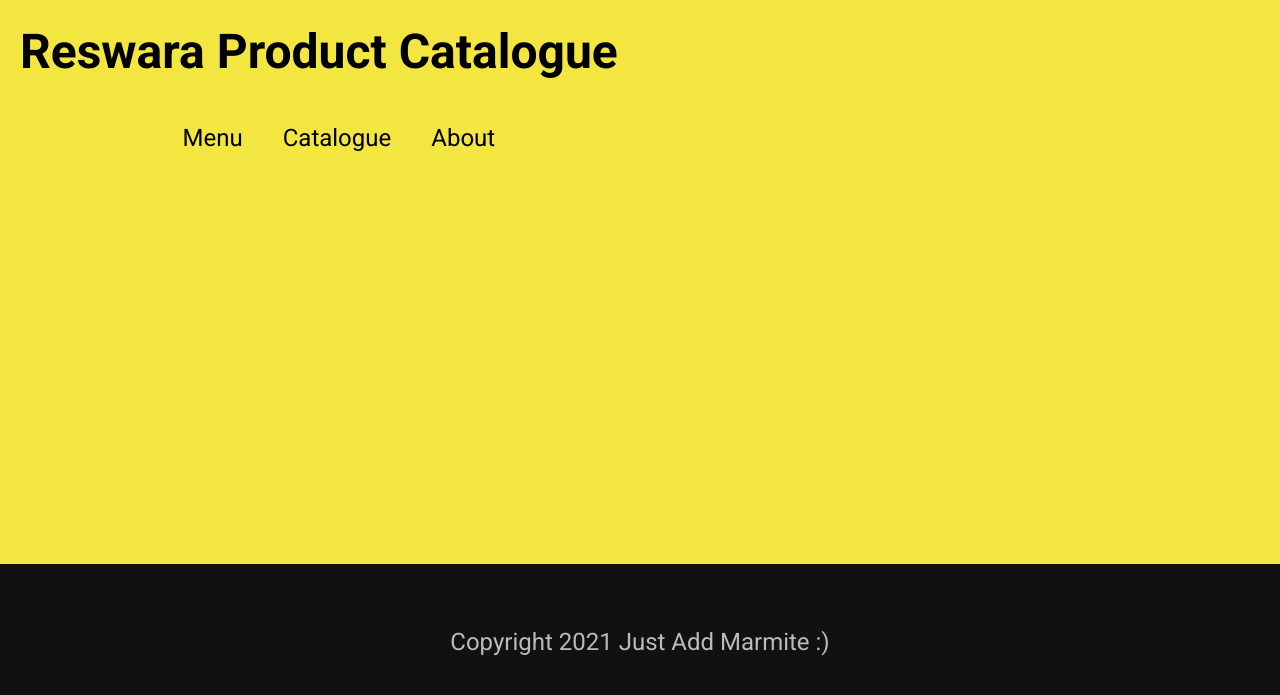
Repository: Fauzaanmhmd/Skripsi
Page: /about
The author's editor kept a copy of each file at every save. The page is drawn from the files as they stood at one save, then again after the next save.
The browser window is 1280 px wide. The pictures show the whole page.
The project was rebuilt for these pictures with package versions that can differ from the ones it lists, and the page was loaded fresh each time. The framework's server and built-in components were replaced by stand-ins that run in the browser. Also part of the build but not shown: next.config.js.

Above is the page before, as saved 2021-05-24 20:47:27.

### pages/about/index.js
import Layout from "../../components/Layout"

export default function About({ recipes }) {
    return (
        <Layout>
            Ini About
        </Layout>

    )
}

### styles/globals.css
@import url('https://fonts.googleapis.com/css2?family=Roboto:ital,wght@0,100;0,300;0,400;0,500;0,700;0,900;1,100;1,300;1,400;1,500;1,700;1,900&display=swap');

body {
  background: #F4E640;
  margin: 0;
  font-family: 'Roboto';
  font-size: 1.5em;
}
.layout {
  min-height: 100vh;
  display: flex;
  flex-direction: column;
}
header {
  text-align: center;
}
header a {
  text-decoration: none;
  color: black;
  text-transform: uppercase;
  display: inline-block;
}
header h1, header h2 {
  margin: 0;
}
header span {
  display: block;
  line-height: 1em;
}
header span:first-child {
  font-size: 1em;
  font-weight: 400;
}
header span:last-child {
  font-size: 1.5em;
  font-weight: 800;
}
header h2 {
  font-size: 1.2em;
  font-weight: 400;
}
footer {
  background: #111;
  color: #bbb;
  padding: 40px;
  text-align: center;
  margin-top: auto
}
.page-content {
  max-width: 1200px;
  margin: 20px auto 80px;
  padding: 0 20px;
  width: 100%;
  box-sizing: border-box;
}

.navbar {
  display: flex;
  justify-content: center;
  height: 200px;
  padding: 10px 20px;
  align-items: center;
  background-color: #F4E640;
  position: fixed;
  flex-direction: column;
}

ul{
  list-style-type: none;
  display: flex;
}

li {
  margin: 20px;
  cursor: pointer;
  border-bottom: 2px solid #F4E640;
}
li:hover {
background-color: transparent;
border-bottom: 2px solid black;
}
.navimg{
  position: absolute;
  left: 20px;
}

.zoom:hover {
  -ms-transform: scale(1.5); /* IE 9 */
  -webkit-transform: scale(1.5); /* Safari 3-8 */
  transform: scale(1.5);
  transition: transform .9s;
}

img {
  width: 550px;
  height: 380px;
  margin: 10px 30px 0px 30px;
  padding: 10px 20px 0px 20px;
  display: flex;
  justify-content: center;
  align-items: center;
  position: relative;
  cursor: pointer;
}

img:hover {
  -ms-transform: scale(1.1); /* IE 9 */
  -webkit-transform: scale(1.1); /* Safari 3-8 */
  transform: scale(1.1);
  transition: transform .9s;
}

.image {
  display: grid;
  grid-template-columns: repeat(2,minmax(0,1fr));
  grid-gap: .5rem;
  padding: 0 50px;
}

.button {
  cursor : pointer;
  margin: 0 30px;
  padding: 0 20px;
  width: 100px;
}

.button {
  cursor: pointer;
    margin-bottom: 30px;
    margin-top: 30px;
    margin-left: 0px;
    margin-right: 0px;
    padding-top: 10px;
    padding-bottom: 10px;
    border-top-width: 2px;
    border-bottom-width: 2px
}

.img-bg {
  display: flex;
  background-color: white;
  flex-direction: column;
  justify-content: center;
  align-items: center;
  width: 65%;
  height: 150px;
  margin: -50px 0px 40px 90px;
}

.zoom-dropdown:hover {
  -ms-transform: scale(1.5); /* IE 9 */
  -webkit-transform: scale(1.5); /* Safari 3-8 */
  transform: scale(1.5);
  transition: transform .9s;
}

### components/Layout.js
import Link from 'next/link'
import Navbar from './Navbar'

export default function Layout({ children }) {

  return (
    <div className="layout">
      <header>
        <Navbar />
      </header>

      <div className="page-content">
        {children}
      </div>



      <footer>
        <p>Copyright 2021 Just Add Marmite :)</p>
      </footer>
    </div >
  )
}

### components/Navbar.js
import Link from 'next/link'

const Navbar = props => {
    return (
        <div className="navbar">
            <h1 className="zoom">Reswara Product Catalogue</h1>
            <ul className="navbar_menu">
                <Link href="/">
                    <li className="zoom">Menu</li>
                </Link>
                <Link href="/catalogue">
                    <li className="zoom-dropdown">Catalogue</li>
                </Link>
                <Link href="/about">
                    <li className="zoom">About</li>
                </Link>
            </ul>
        </div>
    )
}

export default Navbar

Loaded but not shown: pages/_app.js (common file)

After the next save:
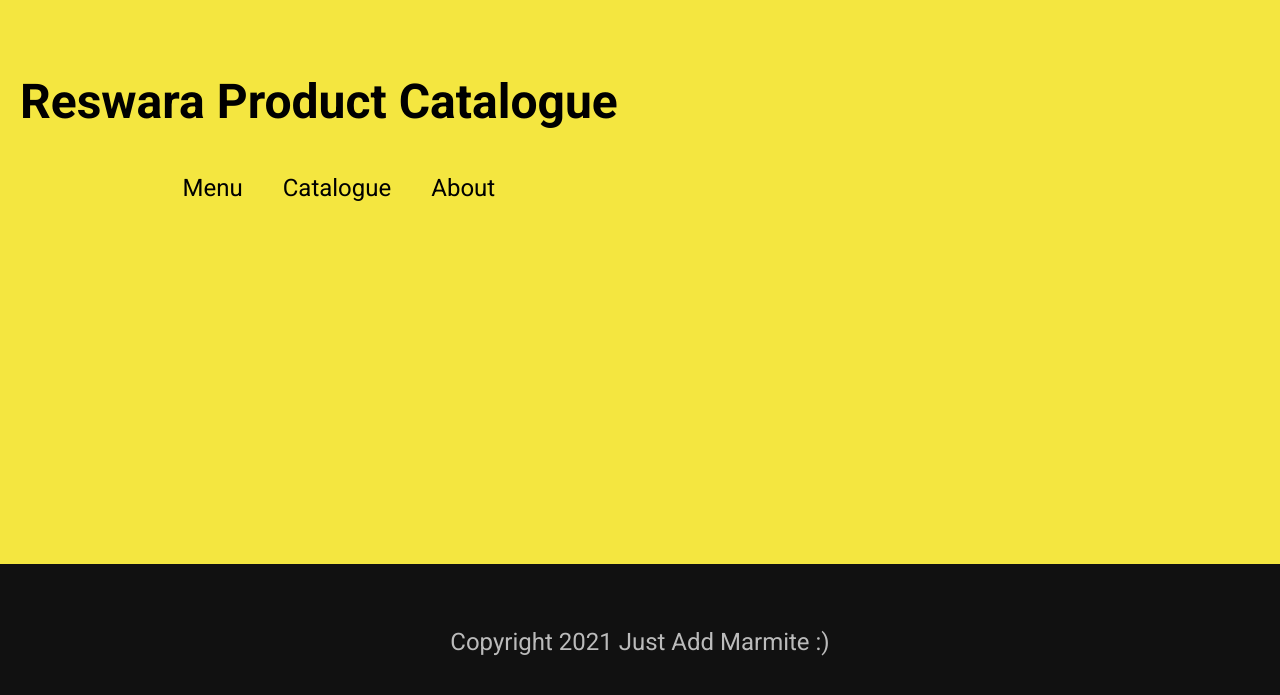
Saved 6 s later.
--- a/styles/globals.css
+++ b/styles/globals.css
@@ -57,7 +57,7 @@
 .navbar {
   display: flex;
   justify-content: center;
-  height: 200px;
+  height: 300px;
   padding: 10px 20px;
   align-items: center;
   background-color: #F4E640;

After the save that followed:
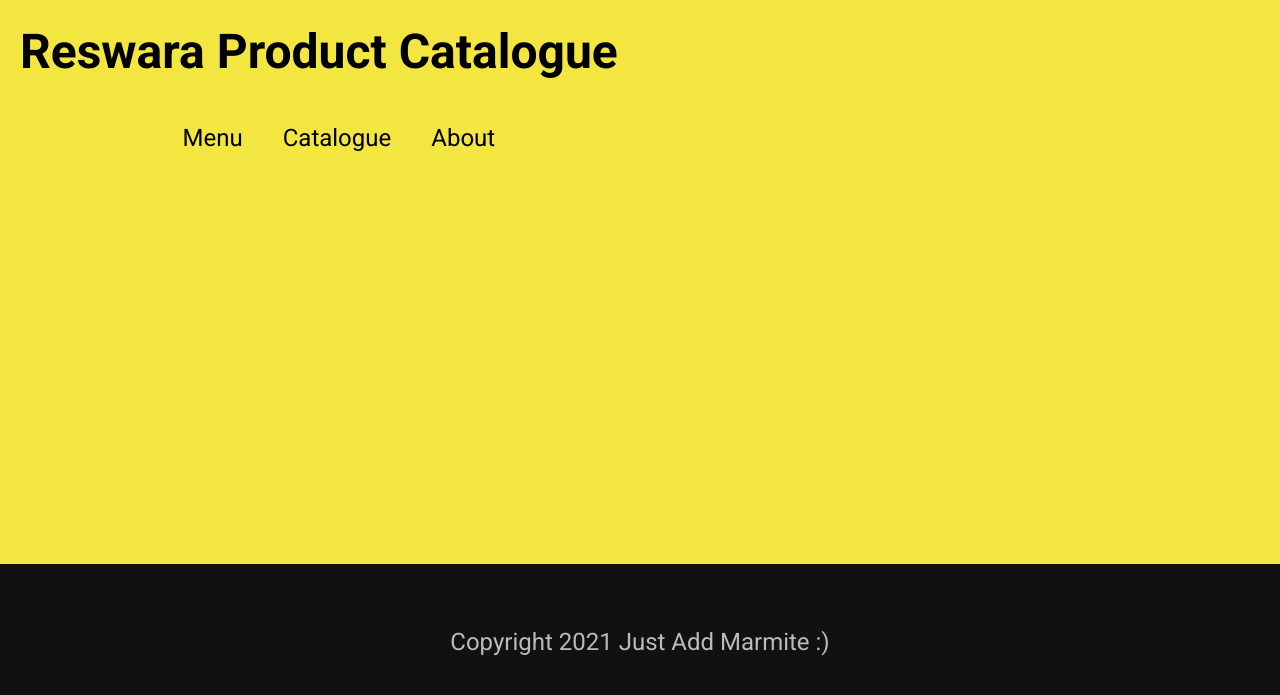
Saved 4 s later.
--- a/styles/globals.css
+++ b/styles/globals.css
@@ -57,7 +57,7 @@
 .navbar {
   display: flex;
   justify-content: center;
-  height: 300px;
+  height: 200px;
   padding: 10px 20px;
   align-items: center;
   background-color: #F4E640;
